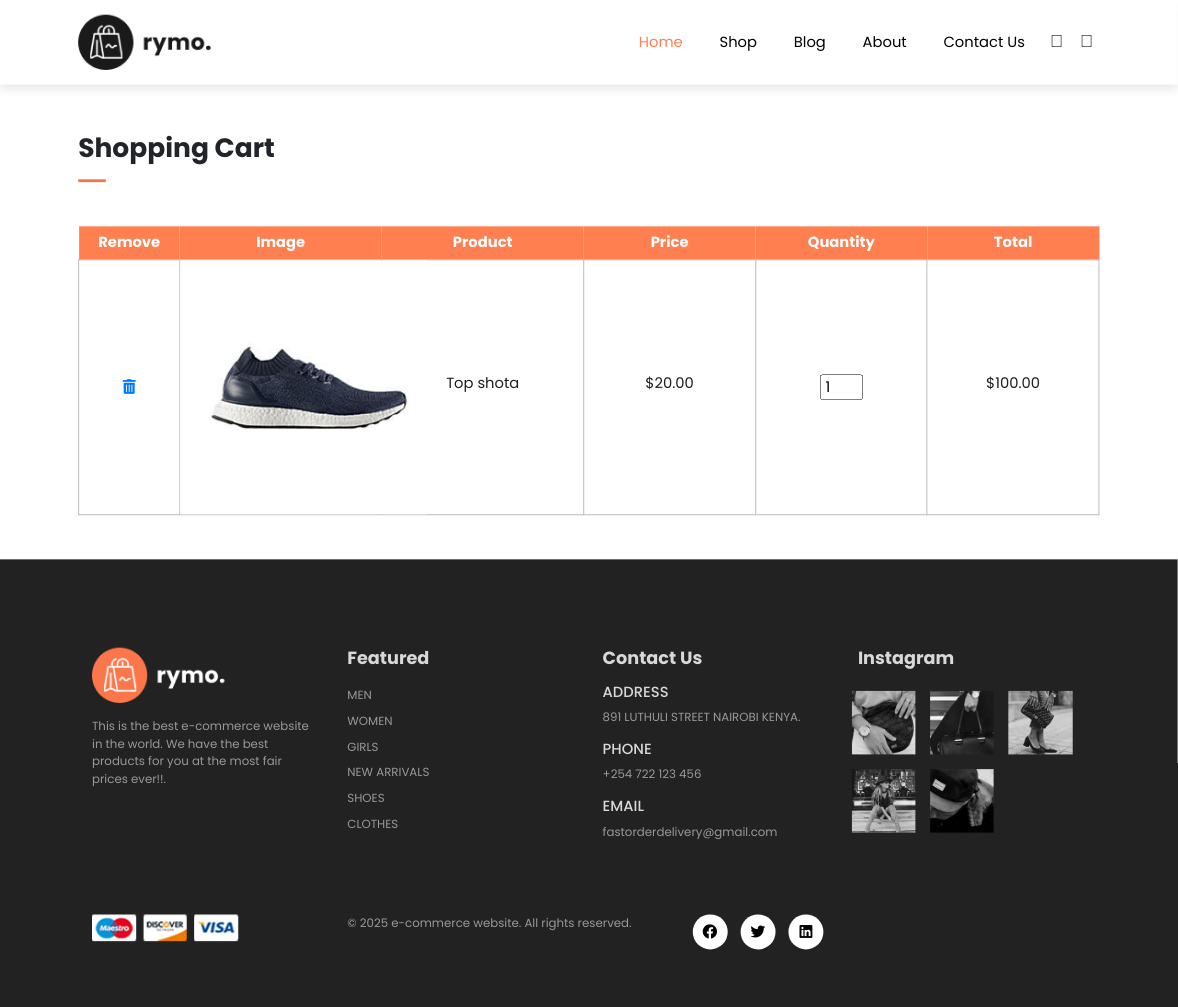
Repository: peter417waweru/e-commerce-UI
Page: cart.html
These files come from the project's save history. The page is drawn as it stood at one moment and after the next save; the edit follows.
The browser window is 1280 px wide. The pictures show the whole page, at 92% of full size.
Some web libraries are served in a nearby version.

Above is the page before, as saved 2025-02-09 08:53:32.
Console error: TypeError: Cannot set properties of undefined (setting 'onclick')

### cart.html
<!DOCTYPE html>
<html lang="en">

    <head>
        <meta charset="UTF-8">
        <meta http-equiv="X-UA-Compatible" content="IE=edge">
        <meta name="viewport" content="width=device-width, initial-scale=1.0">
        <title>Ecommerce Website1</title>

        <link rel="stylesheet" href="https://cdn.jsdelivr.net/npm/bootstrap@4.1.3/dist/css/bootstrap.min.css"
        integrity="sha384-MCw98/SFnGE8fJT3GXwEOngsV7Zt27NXFoaoApmYm81iuXoPkFOJwJ8ERdknLPMO" crossorigin="anonymous">

        <link rel="stylesheet" href="https://pro.fontawesome.com/releases/v5.10.0/css/all.css" />

        <link rel="stylesheet" href="./style.css">
        <link rel="stylesheet" href="./cart.css">
    </head>

    <body>

        <nav class="navbar navbar-expand-lg navbar-light bg-white py-3 fixed-top">
            <div class="container">
              <img src="img/logo1.png" alt="">
              <button class="navbar-toggler" type="button" data-bs-toggle="collapse" data-bs-target="#navbarSupportedContent"
              aria-controls="navbarSupportedContent" aria-expanded="false" aria-label="Toggle navigation">
                <span><i id="bar" class="fas fa-bars"></i></span>
              </button>
              <div class="collapse navbar-collapse" id="navbarSupportedContent">
                <ul class="navbar-nav ml-auto">
                  <li class="nav-item">
                    <a class="nav-link active" aria-current="page" href="#">Home</a>
                  </li>
                  <li class="nav-item">
                    <a class="nav-link" aria-current="page" href="shop.html">Shop</a>
                  </li>
                  <li class="nav-item">
                    <a class="nav-link" aria-current="page" href="blog.html">Blog</a>
                  </li>
                  <li class="nav-item">
                    <a class="nav-link" aria-current="page" href="#">About</a>
                  </li>
                  <li class="nav-item">
                    <a class="nav-link" aria-current="page" href="#">Contact Us</a>
                  </li>
                  <li class="nav-item">
                    <i class="fal fa-search"></i>
                    <i class="fal fa-shopping-bag"></i>
                  </li>


                </ul>

              </div>
            </div>
        </nav>

        <section id="cart-home" class="container pt-5 mt-5">
            <h2 class="font-weight-bold pt-5">Shopping Cart</h2>
            <hr>
        </section>

        <section id="cart-container" class="container my-5">
            <table class="w-100">
                <thead>
                    <tr>
                        <td>Remove</td>
                        <td>Image</td>
                        <td>Product</td>
                        <td>Price</td>
                        <td>Quantity</td>
                        <td>Total</td>
                    </tr>
                </thead>
                <tbody>
                    <tr>
                        <td><a href=""><i class="fas fa-trash-alt"></i></a></td>
                        <td><img src="img/shoes/1.jpg" alt=""></td>
                        <td><h5>Top shota</h5></td>
                        <td><h5>$20.00</h5></td>
                        <td><input class="w-25 pl-1" value="1" type="number"></td>
                        <td><h5>$100.00</h5></td>
                    </tr>
                </tbody>
            </table>

        </section>

        <footer class="mt-5 py-5">
            <div class="row container mx-auto pt-5">
              <div class="footer-one col-lg-3 col-md-6 col-12">
                <img src="img/logo2.png" alt="">
                <p class="pt-3">This is the best e-commerce website in the world.
                   We have the best products for you at the most fair prices ever!!.</p>
              </div>
              <div class="footer-one col-lg-3 col-md-6 col-12">
                <h4 class="pb-2">Featured</h4>
                <ul class="text-uppercase list-unstyled">
                  <li><a href="#">men</a></li>
                  <li><a href="#">women</a></li>
                  <li><a href="#">girls</a></li>
                  <li><a href="#">new arrivals</a></li>
                  <li><a href="#">shoes</a></li>
                  <li><a href="#">clothes</a></li>
                </ul>
              </div>
              <div class="footer-one col-lg-3 col-md-6 col-12 mb-3">
                <h4 class="pb-2">Contact Us</h4>
                <div>
                  <h6 class="text-uppercase">Address</h6>
                <p>891 LUTHULI STREET NAIROBI KENYA.</p>
                </div>
                <div>
                  <h6 class="text-uppercase">Phone</h6>
                <p>+254 722 123 456</p>
                </div>
                <div>
                  <h6 class="text-uppercase">Email</h6>
                <p>fastorderdelivery@gmail.com</p>
                </div>
              </div>
              <div class="footer-one col-lg-3 col-md-6 col-12 mb-3">
                <h4 class="pb-2">Instagram</h4>
                <div class="row">
                  <img class="img-fluid w-25 h-100 m-2" src="img/insta/1.jpg" alt="">
                  <img class="img-fluid w-25 h-100 m-2" src="img/insta/2.jpg" alt="">
                  <img class="img-fluid w-25 h-100 m-2" src="img/insta/3.jpg" alt="">
                  <img class="img-fluid w-25 h-100 m-2" src="img/insta/4.jpg" alt="">
                  <img class="img-fluid w-25 h-100 m-2" src="img/insta/5.jpg" alt="">
                </div>
              </div>
            </div>
            <div class="copyright mt-5">
              <div class="row container mx-auto">
                <div class="col-lg-3 col-md-6 col-12 mb-4">
                  <img class="img-fluid" src="img/payment.png" alt="">
                </div>
                <div class="col-lg-4 col-md-6 col-12 text-nowrap mb-2">
                  <p>© 2025 e-commerce website. All rights reserved.</p>
                </div>
                <div class="col-lg-4 col-md-6 col-12">
                  <a href="#"><i class="fab fa-facebook"></i></a>
                  <a href="#"><i class="fab fa-twitter"></i></a>
                  <a href="#"><i class="fab fa-linkedin"></i></a>
                </div>
              </div>
            </div>
          </footer>




        <script src="https://cdn.jsdelivr.net/npm/@popperjs/core@2.9.1/dist/umd/popper.min.js"
            integrity="sha384-SR1sx49pcuLnqZUnnPwx6FCym0wLsk5JZuNx2bPPENzswTNFaQU1RDvt3wT4gWFG"
            crossorigin="anonymous">
        </script>
        <script src="https://cdn.jsdelivr.net/npm/bootstrap@5.0.0-beta3/dist/js/bootstrap.min.js"
            integrity="sha384-j0CNLUeiqtyaRmlzUHCPZ+Gy5fQu0dQ6eZ/xAww941Ai1SxSY+0EQqNXNE6DZiVc"
            crossorigin="anonymous">
        </script>
        <script src="scripts.js"></script>
    </body>

</html>

### style.css
@import url("https://fonts.googleapis.com/css2?family=Poppins:wght@100;200;300;400;500;600;700;800;900&display=swap");
* {
  margin: 0;
  padding: 0;
  box-sizing: border-box;
}

body {
  font-family: "Poppins", sans-serif;
}

h1 {
  font-size: 2.5rem;
  font-weight: 700;
}

h2 {
  font-size: 1.8rem;
  font-weight: 600;
}

h3 {
  font-size: 1.4rem;
  font-weight: 800;
}

h4 {
  font-size: 1.1rem;
  font-weight: 600;
}

h5 {
  font-size: 1rem;
  font-weight: 400;
  color: #1d1d1d;
}

h6 {
  color: #d8d8d8;
}

hr {
  width: 30px;
  height: 2px;
  background-color: #fb774b;
}

.star {
  padding: 10px 0;
}

.star i{
  font-size: 0.8rem;
  color: goldenrod;
}

button {
  font-size: 0.8rem;
  font-weight: 700;
  outline: none;
  border: none;
  background-color: #1d1d1d;
  color: aliceblue;
  padding: 13px 30px;
  cursor: pointer;
  text-transform: uppercase;
  transition: 0.3s ease;
}

button:hover {
  background-color: #3a3833;
}

hr {
  width: 30px;
  height: 2px;

}

.navbar {
  font-size: 16px;
  background-color: #d8d8d8;
  top: 0;
  left: 0;
  box-shadow: 0 5px 10px rgba(0, 0, 0, 0.1);
}

.navbar-light .navbar-nav .nav-link{
  padding: 0 20px;
  color: black;
  transition: 0.3s ease;
}

.navbar-light .navbar-nav .nav-link:hover,
.navbar i:hover,
.navbar-light .navbar-nav .nav-link.active,
.navbar i.active
{
  color: coral;
}



.navbar i{
  font-size: 1.2rem;
  padding: 0 7px;
  cursor: pointer;
  transition: 0.3s ease;
}

/* Mobile Nav*/


.navbar-light .navbar-toggler{
  border: none;
  outline: none;
}

#bar {
  font-size: 1.5rem;
  padding: 7px;
  cursor: pointer;
  font-weight: 500;
  color: black;
  transition: 0.3s ease;
}

#bar:hover,
#bar.active{
  color: #fff;
}

@media only screen and (max-width: 990px) {

  body > nav > div > button:hover ,
  body > nav > div > button:focus {
    background-color: #fb774b;
  }

  body > nav > div > button:hover #bar,
  body > nav > div > button:focus #bar {
    background-color: #fb774b;
  }

  #navbarSupportedContent > ul {
    margin: 1rem;
    justify-content: flex-end;
    align-items: flex-end;
    text-align: right;
  }

  #navbarSupportedContent > ul > li:nth-child(n) > a {
    padding: 10px 0;
  }
}


#home {
  background-image: url("img/back.jpg");
  width: 100%;
  height: 100vh;
  background-size: cover;
  background-position: top 70px center;
  display: flex;
  flex-direction: column;
  align-items: flex-start;
  justify-content: center;

}

#home span{
  color: coral;
}

#new .one img{
  width: 100%;
  height: 100%;
  background-position: center center;
  background-repeat: no-repeat;
  background-size: cover;
  position: relative;
}


#new .row .one .details{
  position: absolute;
  width: 100%;
  height: 100%;
  top: 0;
  left: 0;
  transition: 0.3s ease;
}

#new .row .one:hover .details{
  cursor: pointer;
  background-color: rgba(255, 178, 178, 0.8);
}

#new .row .one .details button{
 display: inline-block;
 font-size: 14px;
 font-weight: 500;
 color: #2a2a2a;
 background: none;
 text-transform: uppercase;
 border-bottom: 1px solid #2a2a2a;
 padding: 1.5px;
 transform: translateY(70px);
 transition: 0.3s ease;
}

#new .row .one .details button:hover{
  cursor: pointer;
  color: #fff;
  border-bottom: 1px solid #fff;
}

#new .row .one:nth-child(1) .details{
  display: flex;
  justify-content: center;
  flex-direction: column;
  align-items: flex-start;
  text-align: start;
}

#new .row .one:nth-child(2) .details{
  display: flex;
  justify-content: center;
  flex-direction: column;
  align-items: center;
  text-align: center;
}

#new .row .one:nth-child(3) .details{
  display: flex;
  justify-content: center;
  flex-direction: column;
  align-items: flex-end;
  text-align: end;
}

/*Products*/

.product {
  cursor: pointer;
  margin-bottom: 2rem;
}

.product img{
  transition: 0.3s all;

}

.product img:hover{
  opacity: 0.7;
}

.product .buy-btn{
  background: #fb774b;
  transform: translateY(20px);
  opacity: 0;
  transition: 0.3s all;
}
.product:hover .buy-btn{
  transform: translateY(0px);
  opacity: 1;
}

#banner {
  background-image: url("img/banner/2.jpg");
  width: 100%;
  height: 60vh;
  background-size: cover;
  background-position: top 70px center;
  background-repeat: no-repeat;
  background-attachment: fixed;
  display: flex;
  flex-direction: column;
  align-items: flex-start;
  justify-content: center;
}

#banner h4{
  color: #D8D8D8;
}

#banner h1{
  color: #D8D8D8;
}

#banner button{
  background-color: #fb774b;
}

footer{
  background-color: #222222;
}

footer h4 {
  color: #D8D8D8;
  font-size: 1.2rem;
  font-weight: 700;
}

footer li {
  padding-bottom: 4px;
}

footer li a {
  font-size: 0.8rem;
  color: #999;
}

footer li a:hover {
  color: #D8D8D8;
}

footer p{
  color: #999;
  font-size: 0.8rem;
}

footer .copyright a{
  color: #000;
  width: 38px;
  height: 38px;
  background-color: #fff;
  display: inline-block;
  text-align: center;
  line-height: 38px;
  border-radius: 50%;
  transition: 0.3s ease;
  margin: 0 5px;

}

footer .copyright a:hover{
  color: #fff;
  background-color: #fb774b;
}

### cart.css
#cart-container table{
    border-collapse: collapse;
    width: 100%;
    table-layout: fixed;
}

#cart-container table thead{
    font-weight: 650;
}

#cart-container table thead td{
    background-color: coral;
    color: #fff;
    border: none;
    padding: 6px 0;
}

#cart-container table td{
    border: 1px solid #b6b6b6;
    text-align: center;
}

#cart-container table td:nth-child(1){
    width: 100px;
}

#cart-container table td:nth-child(2),
#cart-container table td:nth-child(3){
    width: 200px;
}

#cart-container table td:nth-child(4),
#cart-container table td:nth-child(5),
#cart-container table td:nth-child(6){
    width: 170px;
}

### scripts.js
var MainImg = document.getElementById('MainImg');
var SmallImg = document.getElementsByClassName('small-img');

SmallImg[0].onclick = function(){
    MainImg.src = SmallImg[0].src;
}
SmallImg[1].onclick = function(){
    MainImg.src = SmallImg[1].src;
}
SmallImg[2].onclick = function(){
    MainImg.src = SmallImg[2].src;
}
SmallImg[3].onclick = function(){
    MainImg.src = SmallImg[3].src;
}

After the next save:
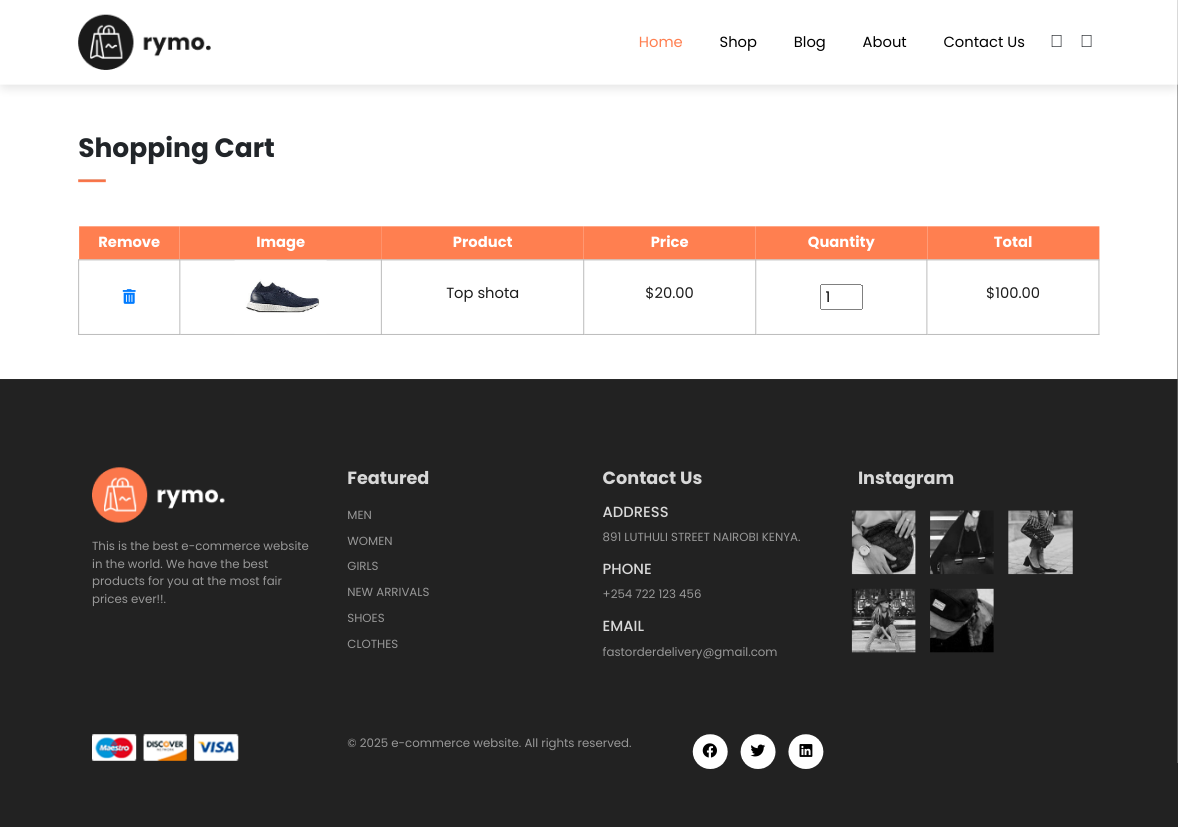
Saved 114 s later.
--- a/cart.css
+++ b/cart.css
@@ -34,3 +34,9 @@
 #cart-container table td:nth-child(6){
     width: 170px;
 }
+
+#cart-container table tbody img{
+    width: 100px;
+    height: 80px;
+    object-fit: cover;
+}
